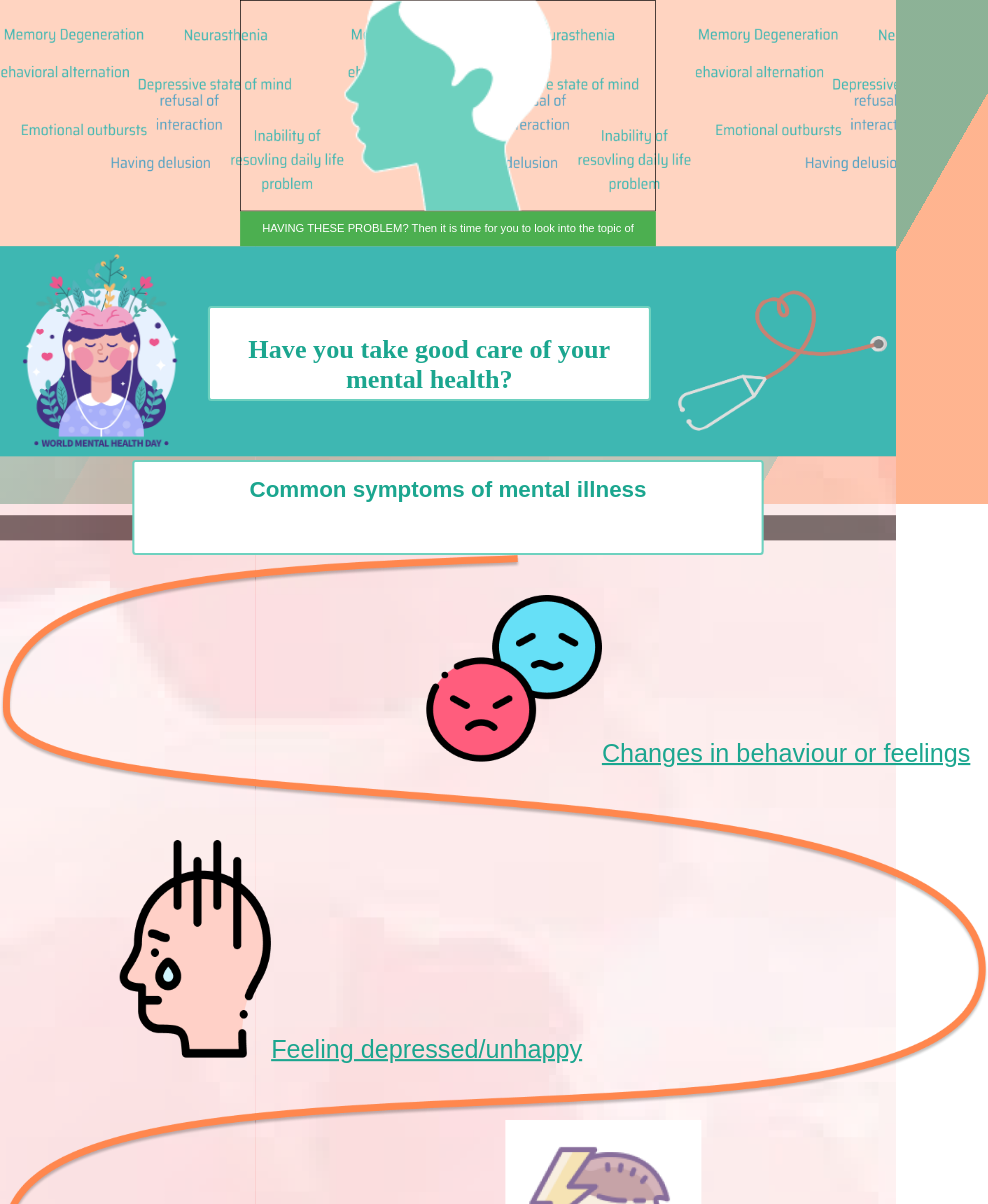
Repository: zzs1/2109-Dynamic-Content-Project
Page: index.html
An editor plug-in stored every save of this project. The page is shown before and after the next save, followed by the edit.
The browser window is 1280 px wide. The page is 1412 px wide, so the pictures cover 1412 px, including what lies to the right of the window. The pictures show the part of the page from y = 0 to 1720 px (the page is 8282 px tall), at 70% of full size.
Some web fonts or font styles are not loaded; a fallback is used.

Above is the page before, as saved 2021-03-09 12:20:20.
Console error: ReferenceError: HeaderpicUI is not defined

After the next save:
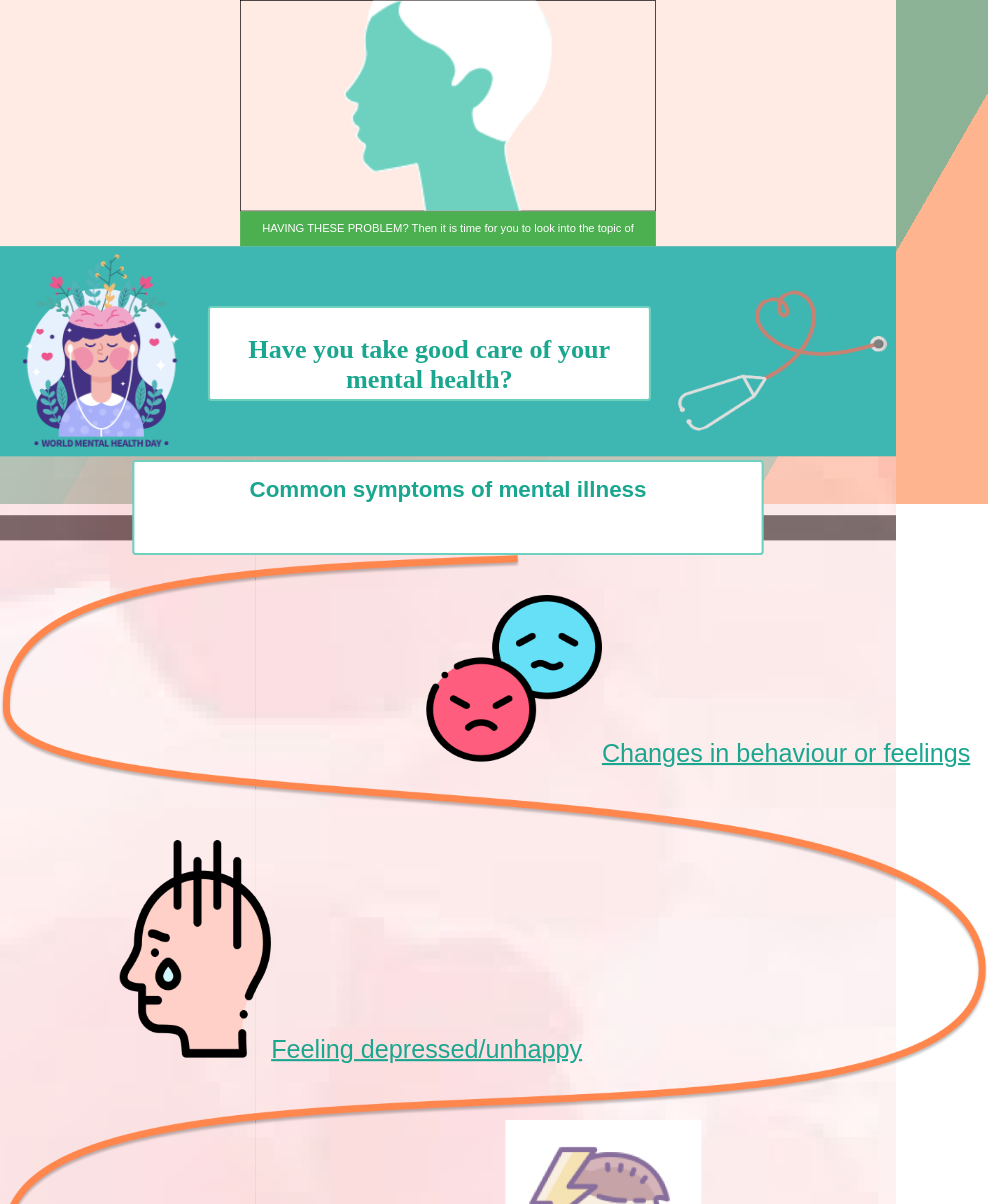
The error is gone.
Saved 21 s later.
--- a/index.css
+++ b/index.css
@@ -19,7 +19,7 @@ html,body {
 }
 
 .image {
-  background-image: url("Shin_code/comps/headerpic/headerbackground.png");
+
   background-color:#FFEBE4;
 
 }

After the save that followed:
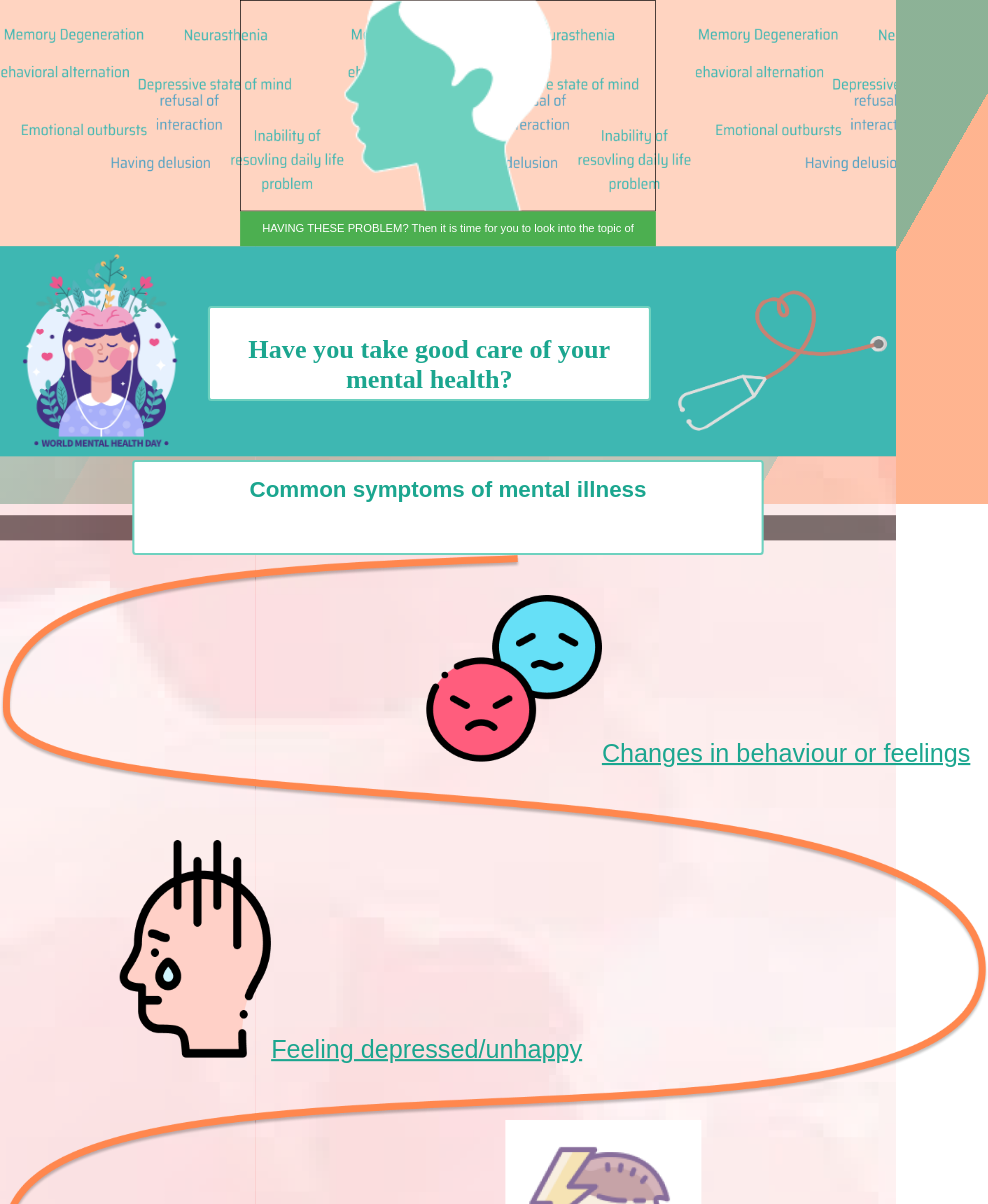
Saved 7 s later.
--- a/index.css
+++ b/index.css
@@ -19,7 +19,7 @@ html,body {
 }
 
 .image {
-
+  background-image: url("Shin_code/comps/headerpic/headerbackground.png");
   background-color:#FFEBE4;
 
 }
